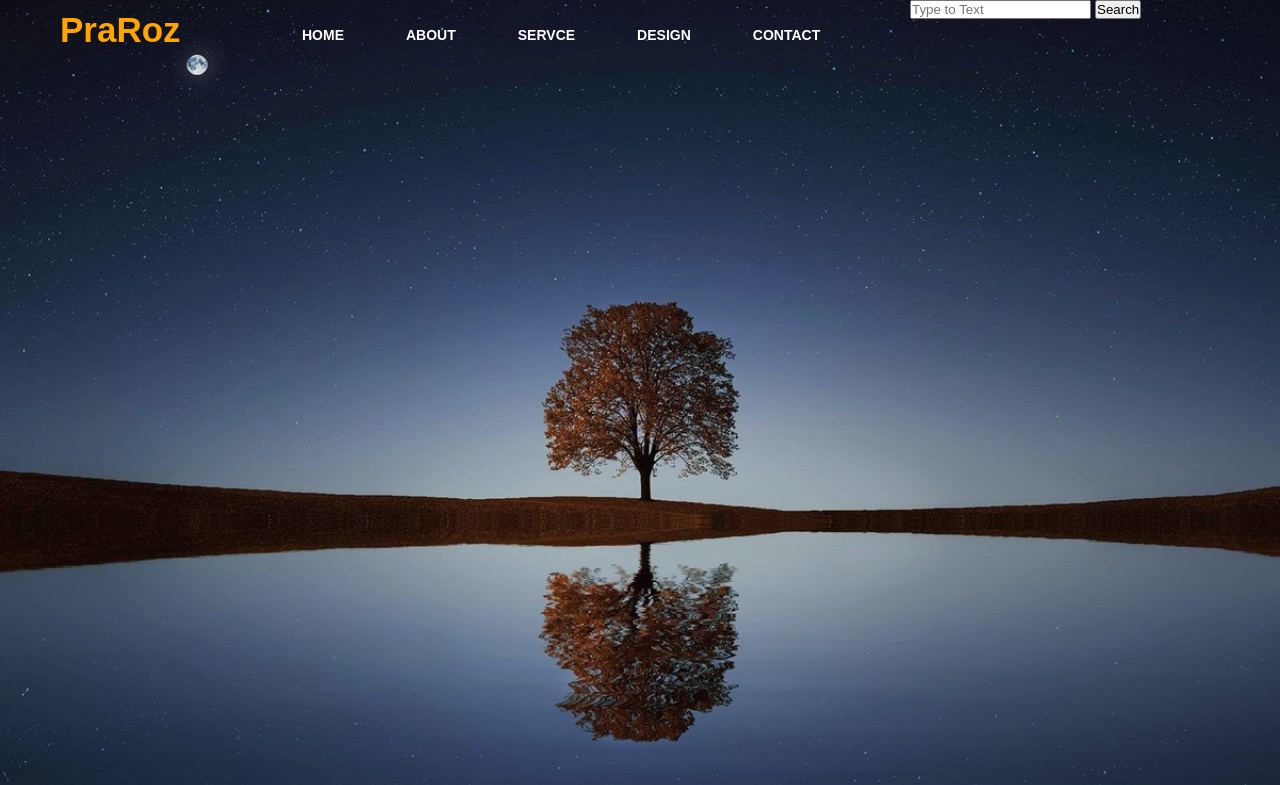
Repository: HuynhDuc23/project3
Page: index.html
These files come from the project's save history. The page is drawn as it stood at one moment and after the next save; the edit follows.
The browser window is 1280 px wide. The pictures show the whole page.

Above is the page before, as saved 2023-05-04 14:46:26.

### index.html
<html lang="en">
<head>
    <meta charset="UTF-8">
    <meta http-equiv="X-UA-Compatible" content="IE=edge">
    <meta name="viewport" content="width=device-width, initial-scale=1.0">
    <link rel="stylesheet" href="https://cdnjs.cloudflare.com/ajax/libs/font-awesome/6.4.0/css/all.min.css" integrity="sha512-iecdLmaskl7CVkqkXNQ/ZH/XLlvWZOJyj7Yy7tcenmpD1ypASozpmT/E0iPtmFIB46ZmdtAc9eNBvH0H/ZpiBw==" crossorigin="anonymous" referrerpolicy="no-referrer" />
    <link rel="stylesheet" href="style.css">
    <title>Document</title>
</head>
<body>
    <div class="main">
        <div class="navbar">
            <div class="icon">
                <h2 class="logo">PraRoz</h2>
            </div>
            <div class="menu">
                <ul>
                    <li><a href="#">HOME</a> </li>
                    <li><a href="#">ABOUT</a></li>
                    <li><a href="#">SERVCE</a></li>
                    <li><a href="#">DESIGN</a></li>
                    <li><a href="#">CONTACT</a></li>
                </ul>
            </div>
            <div class="search">
                <input type="search" class="srch" placeholder="Type to Text">
                <a href="#"><button class="btn">Search</button></a>
            </div>
        </div>
    </div>
</body>
</html>

### style.css
* {
    margin: 0;
    padding: 0;
}
.main {
    width: 100%;
    background-image: linear-gradient(to right bottom , rgba(176, 55, 55, 0),rgba(0, 0, 0, 0.286)),url("img/Project3.png");
    background-position: center;
    background-size: cover;
    background-repeat: no-repeat;
    height: 109vh;
}
.navbar
{
    width: 1200px;
    height: 75px;
    margin: auto;
    /* overflow: hidden; */
}
.icon {
    width: 200px;
    float: left;
    height: 70px;

}
.logo {
    color: orange;
    font-size: 35px;
    font-family: Arial, Helvetica, sans-serif;
    padding-left: 20px;
    float: left;
    padding-top: 10px;
}
.menu {
    width: 400px;
    height: 70px;
    float: left;
}
ul {
    float: left;
    display: flex;
    justify-content: center;
    align-items: center;
}
ul li {
    list-style: none;
     margin-left: 62px;
     margin-top: 27px;
     font-size: 14px;
}
ul li a {
    text-decoration: none;
    color: white;
    text-transform: uppercase;
    font-family: Arial, Helvetica, sans-serif;
    transition: 0.5s ease-in-out;
    font-weight: bold;

}
ul li a:hover {
    color: orange;
}
.search {
    width: 330px;
    margin-left: 270px;
    float: left;
}

After the next save:
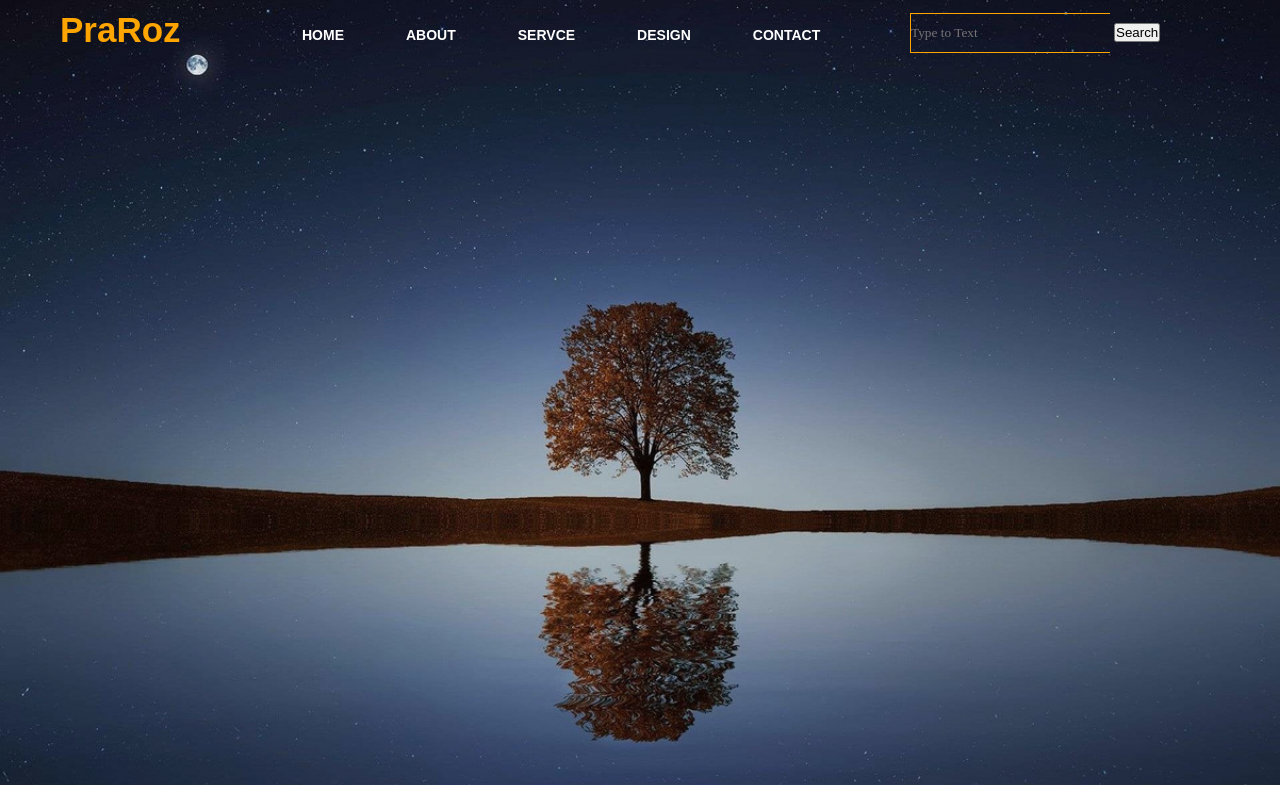
Saved 4 min 6 s later.
--- a/style.css
+++ b/style.css
@@ -65,3 +65,13 @@ ul li a:hover {
     margin-left: 270px;
     float: left;
 }
+.srch {
+    font-family: 'Times New Roman', Times, serif;
+    width: 200px;
+    height: 40px;
+    background: transparent;
+    border: 1px solid orange;
+    margin-top: 13px;
+    color: white;
+    border-right: none;
+}
